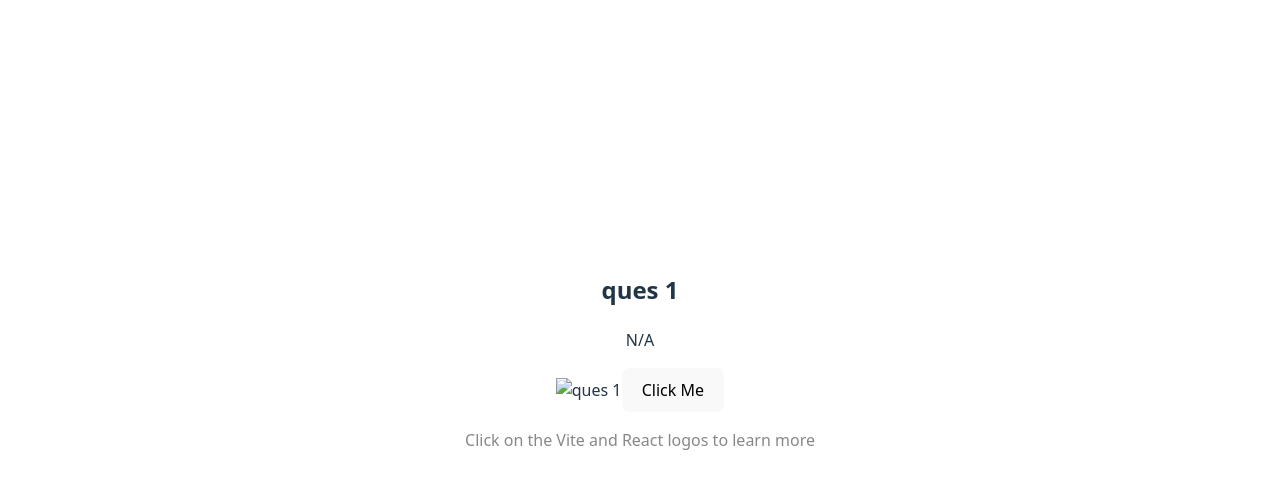
Repository: soluchi07/Flashcard-app
Page: /
The author's editor kept a copy of each file at every save. The page is drawn from the files as they stood at one save, then again after the next save.
The browser window is 1280 px wide. The pictures show the whole page.
The project was rebuilt for these pictures with package versions that can differ from the ones it lists, and the page was loaded fresh each time. Also part of the build but not shown: vite.config.js, src/components/Card.css.

Above is the page before, as saved 2025-06-13 17:10:57.

### index.html
<!doctype html>
<html lang="en">
  <head>
    <meta charset="UTF-8" />
    <link rel="icon" type="image/svg+xml" href="/gear.png" />
    <meta name="viewport" content="width=device-width, initial-scale=1.0" />
    <title>Study with Me!</title>
  </head>
  <body>
    <div id="root"></div>
    <script type="module" src="/src/main.jsx"></script>
  </body>
</html>

### src/index.css
:root {
  font-family: system-ui, Avenir, Helvetica, Arial, sans-serif;
  line-height: 1.5;
  font-weight: 400;

  color-scheme: light dark;
  color: rgba(255, 255, 255, 0.87);
  background-color: #002050;

  font-synthesis: none;
  text-rendering: optimizeLegibility;
  -webkit-font-smoothing: antialiased;
  -moz-osx-font-smoothing: grayscale;
}

a {
  font-weight: 500;
  color: #646cff;
  text-decoration: inherit;
}
a:hover {
  color: #535bf2;
}

body {
  margin: 0;
  display: flex;
  place-items: center;
  min-width: 320px;
  min-height: 100vh;
}

h1 {
  font-size: 3.2em;
  line-height: 1.1;
}

button {
  border-radius: 8px;
  border: 1px solid transparent;
  padding: 0.6em 1.2em;
  font-size: 1em;
  font-weight: 500;
  font-family: inherit;
  background-color: #1a1a1a;
  cursor: pointer;
  transition: border-color 0.25s;
}
button:hover {
  border-color: #646cff;
}
button:focus,
button:focus-visible {
  outline: 4px auto -webkit-focus-ring-color;
}

@media (prefers-color-scheme: light) {
  :root {
    color: #213547;
    background-color: #ffffff;
  }
  a:hover {
    color: #747bff;
  }
  button {
    background-color: #f9f9f9;
  }
}

### src/App.jsx
import { useState } from 'react'
import './App.css'
import Card from '/src/components/Card.jsx'
import Card_DATA from '/src/components/Cards.JSON'

function App() {
  const [index, setIndex] = useState(0)


  return (
    <>
      <Card title="ques 1" description="N/A"/>
      <p className="read-the-docs">
        Click on the Vite and React logos to learn more
      </p>
    </>
  )
}

export default App

### src/components/Card.jsx
import { useState } from 'react'
import './Card.css'


function Card(props) {



    return(
        <>
        <div id="card">
            <h2>{props.title}</h2>
            <p>{props.description}</p>
            <img src={props.image} alt={props.title} />
            <button onClick={props.onClick}>Click Me</button>
        </div>
        </>
    )
}

export default Card;

### src/components/Cards.JSON
[
    {

        "question": "What is two's complement representation, and why is it used?",
        "answer": "It represents signed integers; negative numbers are stored by inverting bits of the positive value and adding 1, simplifying arithmetic operations.",
        "category": "data_representation",
        "image": ""
    },
    {

        "question": "How do you convert a decimal number to IEEE-754 single precision?",
        "answer": " Convert integer part to binary, convert fraction, normalize to 1.x * 2^exp, bias the exponent (add 127), assemble: 1 bit sign, 8-bit exponent, 23-bit mantissa.",
        "image": "",
        "category": "data_representationn"
    },
    {

        "question": "Convert the decimal number -13 to 8-bit two's complement.",
        "answer": "Binary of 13: 00001101 → Invert: 11110010 → Add 1: 11110011.",
        "category": "data_representation",
        "image": ""
    },
    {
        "question": "What is the Boolean expression for an XOR gate?",
        "answer": "A ⊕ B = AB' + A'B",
        "category": "digital_logic",
        "image": ""
    },
    {
        "question": "How do you simplify the Boolean expression A + AB?",
        "answer": "Using absorption law: A + AB = A.",
        "category": "boolean_simplification",
        "image": ""
    },
    {

        "question": "What is the truth table for a NAND gate?",
        "answer": "Outputs 0 only when both inputs are 1; otherwise, outputs 1.",
        "category": "digital_logic",
        "image": ""
    },
    {

        "question": "What is the function of a decoder circuit?",
        "answer": " Converts binary inputs into a one-hot output (activates exactly one output line).",
        "category": "digital_logic",
        "image": ""
    },
    {

        "question": "What is the difference between combinational and sequential logic?",
        "answer": "Combinational logic outputs depend only on current inputs; sequential logic outputs depend on current inputs and past states (memory).",
        "category": "sequential_logic",
        "image": ""
    },
    {

        "question": "What is a flip-flop in digital circuits?",
        "answer": "A memory element that stores one bit of data, changing state based on clock signals.",
        "category": "sequential_logic",
        "image": ""
    },
    {

        "question": "What is the purpose of a multiplexer?",
        "answer": "Selects one of many inputs to forward to the output based on select lines.",
        "category": "digital_logic",
        "image": ""
    },
    {

        "question": "How many variables can be managed on a 4-variable Karnaugh map?",
        "answer": "T4 variables, 16 cells.",
        "category": "data_representation",
        "image": ""
    },
    {

        "question": "Q: What is the main difference between synchronous and asynchronous sequential logic?",
        "answer": "Synchronous logic uses clock signals to synchronize state changes; asynchronous logic changes state based on input changes without a clock.",
        "category": "sequential_logic",
        "image": ""
    },
    {

        "question": "How does parity differ from ECC?",
        "answer": "Parity detects single-bit errors by adding one extra bit; ECC (e.g., Hamming code) both detects and corrects certain error types.",
        "category": "memory_systems",
        "image": ""
    },
    {

        "question": "Explain the memory hierarchy.",
        "answer": " Registers → Cache (L1, L2, L3) → Main memory (RAM) → Secondary storage (disk, optical). Faster memory is smaller and more expensive; slower memory is larger and cheaper.",
        "category": "data_representation",
        "image": ""
    },
    {
        "question": "What is the purpose of a cache in a computer system?",
        "answer": "Cache stores frequently accessed data to speed up access times, reducing latency compared to main memory.",
        "category": "memory_systems",
        "image": ""
    },
    {
        "question": "What is the difference between SRAM and DRAM?",
        "answer": "SRAM (Static RAM) is faster, uses flip-flops, and retains data without refresh; DRAM (Dynamic RAM) is slower, uses capacitors, and requires periodic refresh.",
        "category": "memory_systems",
        "image": ""
    },
    {
        "question": "Compare RISC vs. CISC architectures.",
        "answer": "RISC features a small, regular instruction set, fixed instruction length, and pipeline-friendly design. CISC features complex, variable-length instructions often involving microcode.",
        "category": "processor_architecture",
        "image": ""
    },
    {
        "question": " What's memory-mapped I/O?",
        "answer": "I/O devices are mapped into the processor's memory address space; load/store instructions access devices just like memory.",
        "category": "io_mechanisms",
        "image": ""
    },
    {
        "question": "How does DMA differ from programmed I/O?",
        "answer": " DMA allows peripherals to transfer data directly to/from memory without CPU intervention; programmed I/O relies entirely on CPU to move data.",
        "category": "cpu_architecture",
        "image": ""
    }
]

Loaded but not shown: src/main.jsx (common file); src/App.css (common file)

After the next save:
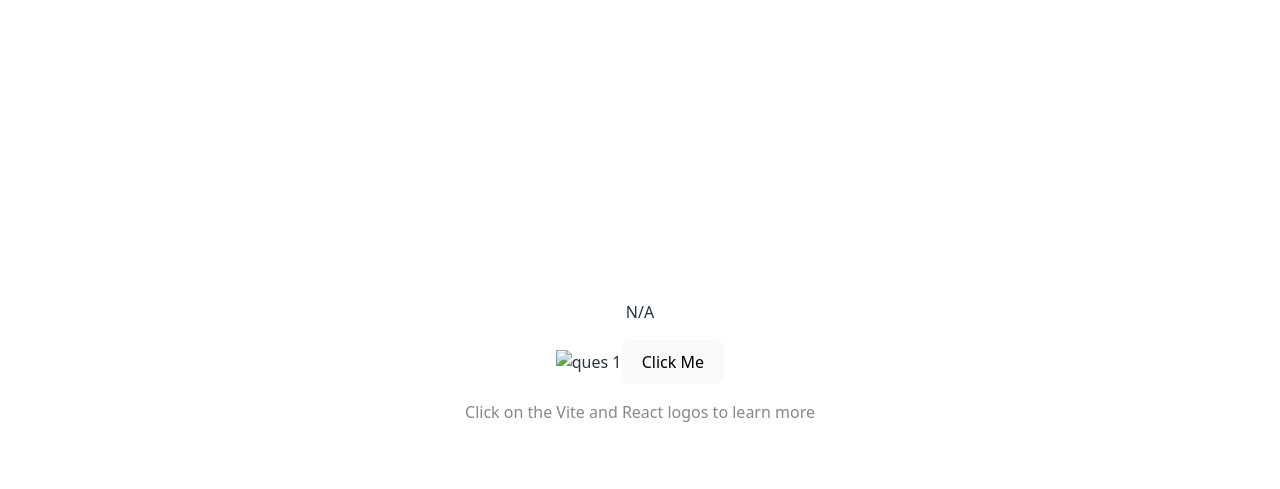
Saved 24 s later.
--- a/src/components/Card.jsx
+++ b/src/components/Card.jsx
@@ -9,7 +9,7 @@
     return(
         <>
         <div id="card">
-            <h2>{props.title}</h2>
+            <h2>{props.question}</h2>
             <p>{props.description}</p>
             <img src={props.image} alt={props.title} />
             <button onClick={props.onClick}>Click Me</button>

After the 2 saves that followed:
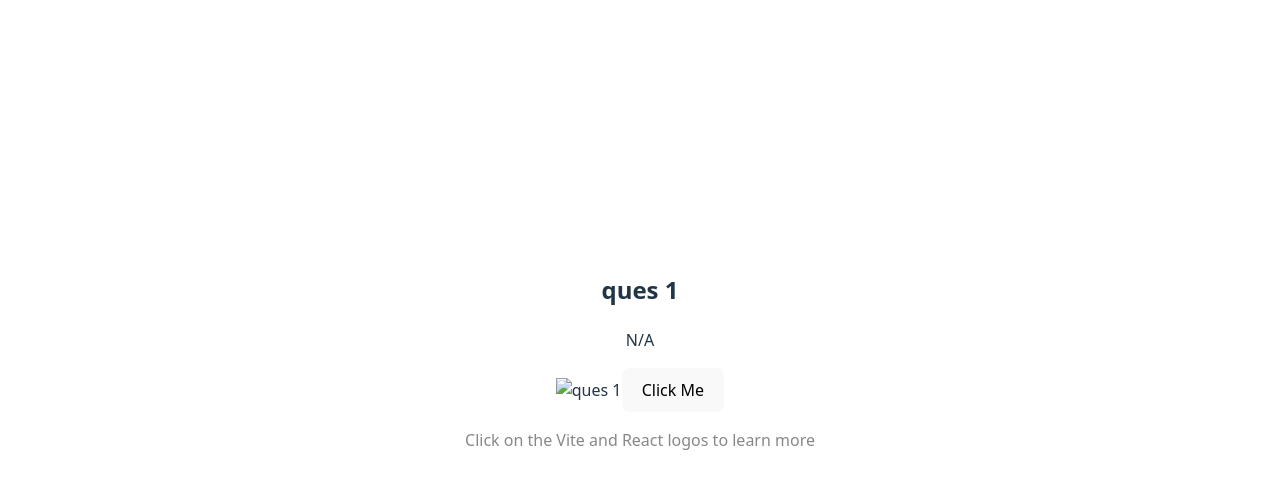
The 2 saves are shown as one change because they came seconds apart.
The last was saved 23 s later.
--- a/src/components/Card.jsx
+++ b/src/components/Card.jsx
@@ -9,7 +9,7 @@
     return(
         <>
         <div id="card">
-            <h2>{props.question}</h2>
+            <h2>{props.title}</h2>
             <p>{props.description}</p>
             <img src={props.image} alt={props.title} />
             <button onClick={props.onClick}>Click Me</button>
